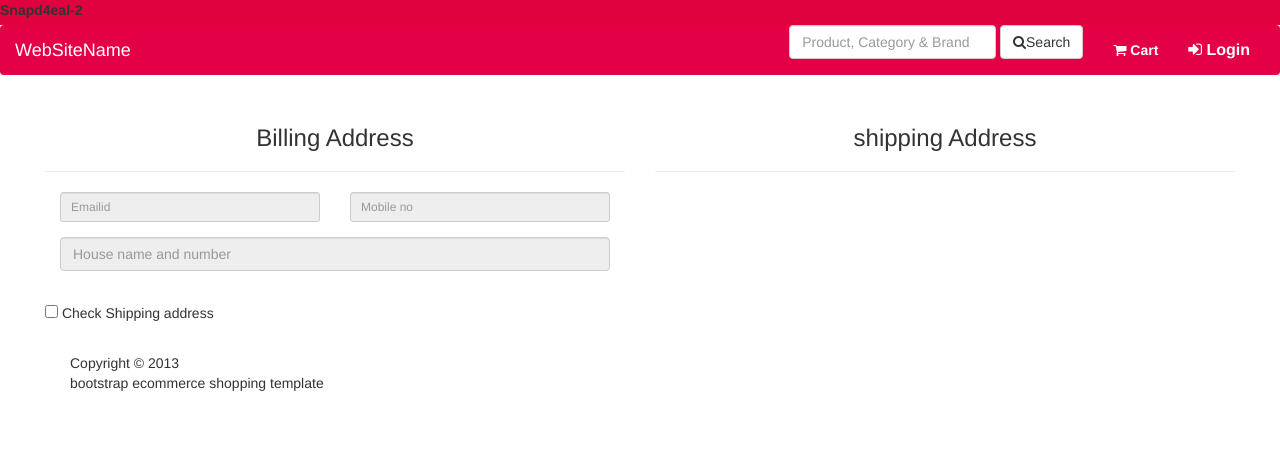
Repository: Aryans26/project
Page: http://localhost/frontend/WEB-INF/views/addressorder.jsp
An editor plug-in stored every save of this project. The page is shown before and after the next save, followed by the edit.
The browser window is 1280 px wide. The pictures show the whole page.
Some web libraries are served in a nearby version. The page is served by Tomcat 9. Nobody is signed in. The template is opened directly, without the code that normally fills it, so the values that code supplies are empty.

Above is the page before, as saved 2017-06-21 06:50:38.

After the next save:
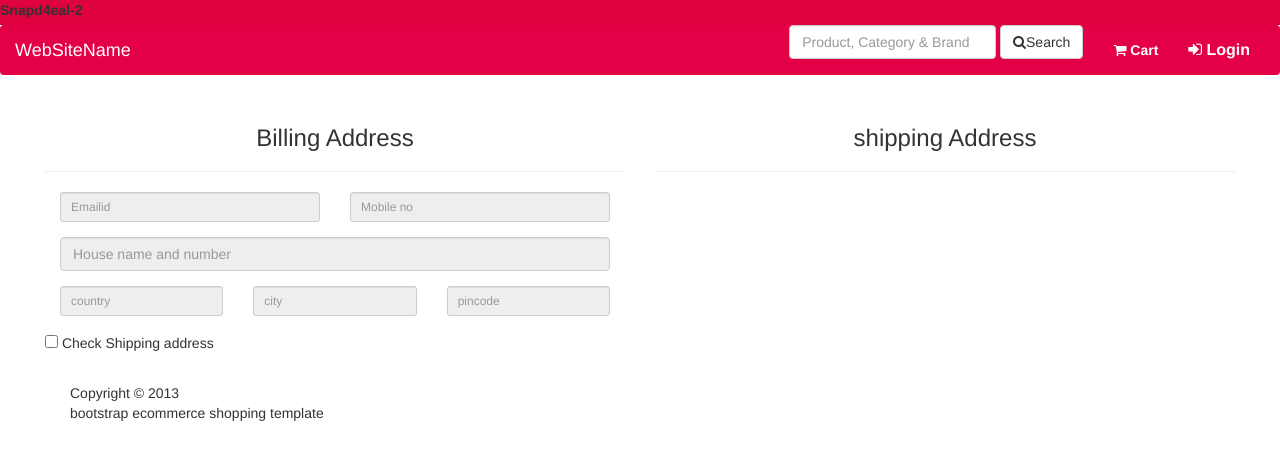
Saved 100 s later.
--- a/frontend/src/main/webapp/WEB-INF/views/addressorder.jsp
+++ b/frontend/src/main/webapp/WEB-INF/views/addressorder.jsp
@@ -49,20 +49,20 @@
 
 		<div class="col-xs-12 col-sm-4 col-md-4">
 			<div class="form-group">
-<%-- 				<form:input type="text" name="country" disabled="true" --%>
-<%-- 					class="form-control input-sm" placeholder="country" path="billing.Country" /> --%>
+				<form:input type="text" name="country" disabled="true"
+				class="form-control input-sm" placeholder="country" path="billing.Country" />
 			</div>
 		</div>
 		<div class="col-xs-12 col-sm-4 col-md-4">
 			<div class="form-group">
-<%-- 				<form:input type="text" name="city" disabled="true" --%>
-<%-- 					class="form-control input-sm" placeholder="city" path="billing.City"/> --%>
+			<form:input type="text" name="city" disabled="true"
+				class="form-control input-sm" placeholder="city" path="billing.City"/>
 			</div>
 		</div>
 		<div class="col-xs-12 col-sm-4 col-md-4">
 			<div class="form-group">
-<%-- 				<form:input type="text" name="pincode" disabled="true" --%>
-<%-- 					class="form-control input-sm" placeholder="pincode" path="billing.Pincode" /> --%>
+			<form:input type="text" name="pincode" disabled="true"
+					class="form-control input-sm" placeholder="pincode" path="billing.Pincode" />
 			</div>
 		</div>
 		<input class="coupon_question" type="checkbox" name="coupon_question"
